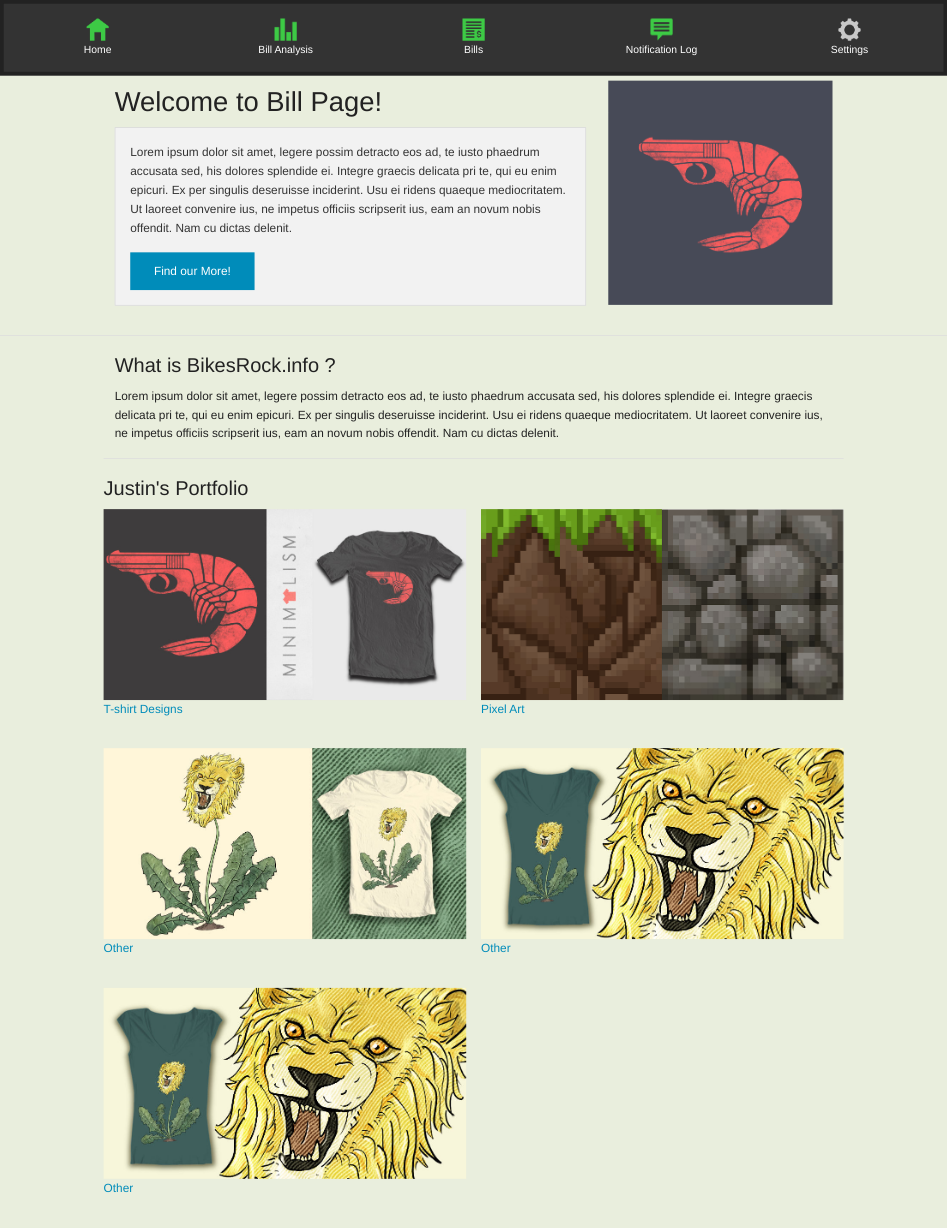
Repository: jcskillings/paidit
Page: billaccounts.html
The author's editor kept a record of every edit. The page is drawn from the files as they stood at one moment, then again after the next edit.
The browser window is 1280 px wide. The pictures show the whole page, at 74% of full size.

Above is the page before.

### billaccounts.html
<!doctype html>
<html class="no-js" lang="en">
  <head>
    <meta charset="utf-8" />
    <meta name="viewport" content="width=device-width, initial-scale=1.0" />
    <title>Kyle Schenk | Bill Analysis</title>
    <link rel="stylesheet" href="css/test.css" />
    <link rel="stylesheet" href="css/foundation.css" />

    <script src="js/vendor/modernizr.js"></script>
  </head>
  <body>


      <div class="icon-bar five-up">
        <a class="item" href="index.html">
          <img src="img/icon/homeIconG.png" height="20" width="20"  >
          <label>Home</label>
        </a>
        <a class="item" href="analysis.html">
          <img src="img/icon/chartsIconG.png" height="20" width="20">
          <label>Bill Analysis</label>
        </a>
        <a class="item" href="billaccounts.html">
          <img src="img/icon/billIconG.png" height="20" width="20">
          <label>Bills</label>
        </a>
        <a class="item" href="notificationslog.html">
          <img src="img/icon/smsIconG.png" height="20" width="20">
          <label>Notification Log</label>
        </a>
        <a class="item" href="usersettings.html">
          <img src="img/icon/gearIconLite.png" height="20" width="20">
          <label>Settings</label>
        </a>
      </div>
      <!-- old bar <section class="top-bar-section">

        <ul class="right">

          <li><a href="#">
            <img src ="img/icon/homeIconD.png">
            </a></li>
          <li><a href="#">Contact</a></li>
          <li><a href="#">Top Bikes</a></li>

        </ul>

      </section> -->


    <div class="row">

      <div class="large-8 columns">
          <h2>Welcome to Bill Page!</h2>
          <div class="panel">
          <p>Lorem ipsum dolor sit amet, legere possim detracto eos ad, te iusto phaedrum accusata sed, his dolores splendide ei. Integre graecis delicata pri te, qui eu enim epicuri. Ex per singulis deseruisse inciderint. Usu ei ridens quaeque mediocritatem. Ut laoreet convenire ius, ne impetus officiis scripserit ius, eam an novum nobis offendit. Nam cu dictas delenit.</p>

          <a class="button" href="#">Find our More!</a>
          </div> <!-- panel -->

      </div>

        <div class="large-4 columns">
          <img src="img/shimpIcon.png" />
        </div>


    </div>

    <hr />

    <div class="row">

      <div class="large-12 columns">
      <h3>What is BikesRock.info ?</h3>
      <p>Lorem ipsum dolor sit amet, legere possim detracto eos ad, te iusto phaedrum accusata sed, his dolores splendide ei. Integre graecis delicata pri te, qui eu enim epicuri. Ex per singulis deseruisse inciderint. Usu ei ridens quaeque mediocritatem. Ut laoreet convenire ius, ne impetus officiis scripserit ius, eam an novum nobis offendit. Nam cu dictas delenit.</p>


    </div>

    <hr />

    <div class="row">

      <div class="large-12 columns">

      <h3>Justin's Portfolio</h3>
        <ul class="large-block-grid-2">

          <li><a href="tshirts.html"><img src="img/shrimpShirt.jpg"  /><p>T-shirt Designs</p></a></li>
          <li><a href="pixelart.html"><img src="img/dirtRock445.jpg" /><p>Pixel Art</p></a></li>
          <li><a href="#"><img src="img/lionShirt.jpg" /><p>Other</p></a> </li>
          <li><a href="#"><img src="img/lionShirt2.jpg" /><p>Other</p></a> </li>
        <li><a href="#"><img src="img/lionShirt2.jpg" /><p>Other</p></a> </li>
        </ul>


      </div>

    </div>

    <script src="js/vendor/jquery.js"></script>
    <script src="js/foundation.min.js"></script>
    <script>
      $(document).foundation();
    </script>
  </body>
</html>

### css/test.css
.top-bar-section ul li > a:hover {
  color: #3dca45 !important;
  border-style: solid;
    border-width: 5px;
    border-color:#3dca45;

  }
body {
  background: #e9eedd  !important;
}


.icon-bar >a:hover {
background: green !important;
   border-style: solid;
    border-width: 5px;
    border-color:green;
}

.top-bar-section li a:not(.button):hover {
    background: green !important;
    border-style: solid;
    border-width: 5px;
    border-color:green;
}

.top-bar-section ul li.active > a {
    background: gray !important;
    border-style: solid;
    border-width: 5px;
    border-color:gray;

}

.top-bar-section ul li.active > a:hover {
    background: yellow !important;
}
.icon-bar {
    margin-bottom: 0px !important;
}
.column.small-centered {
margin-left: auto;
margin-right: auto;
float: none !important; }

.fullWidth {
   width: 100% !important;
   margin-left: auto;
   margin-right: auto;
   max-width: 100% !important;
   margin-top: 0px;
}
#thinBar {
    background: #222222 !important;
    height: 20px !important;
    padding: 0px !important;
    border: none;
}
#logoutLink {
    padding-right: 10px !important;
}

Loaded but not shown: css/foundation.css (library); js/vendor/modernizr.js (library); js/vendor/jquery.js (library); js/foundation.min.js (library)

After the next edit:
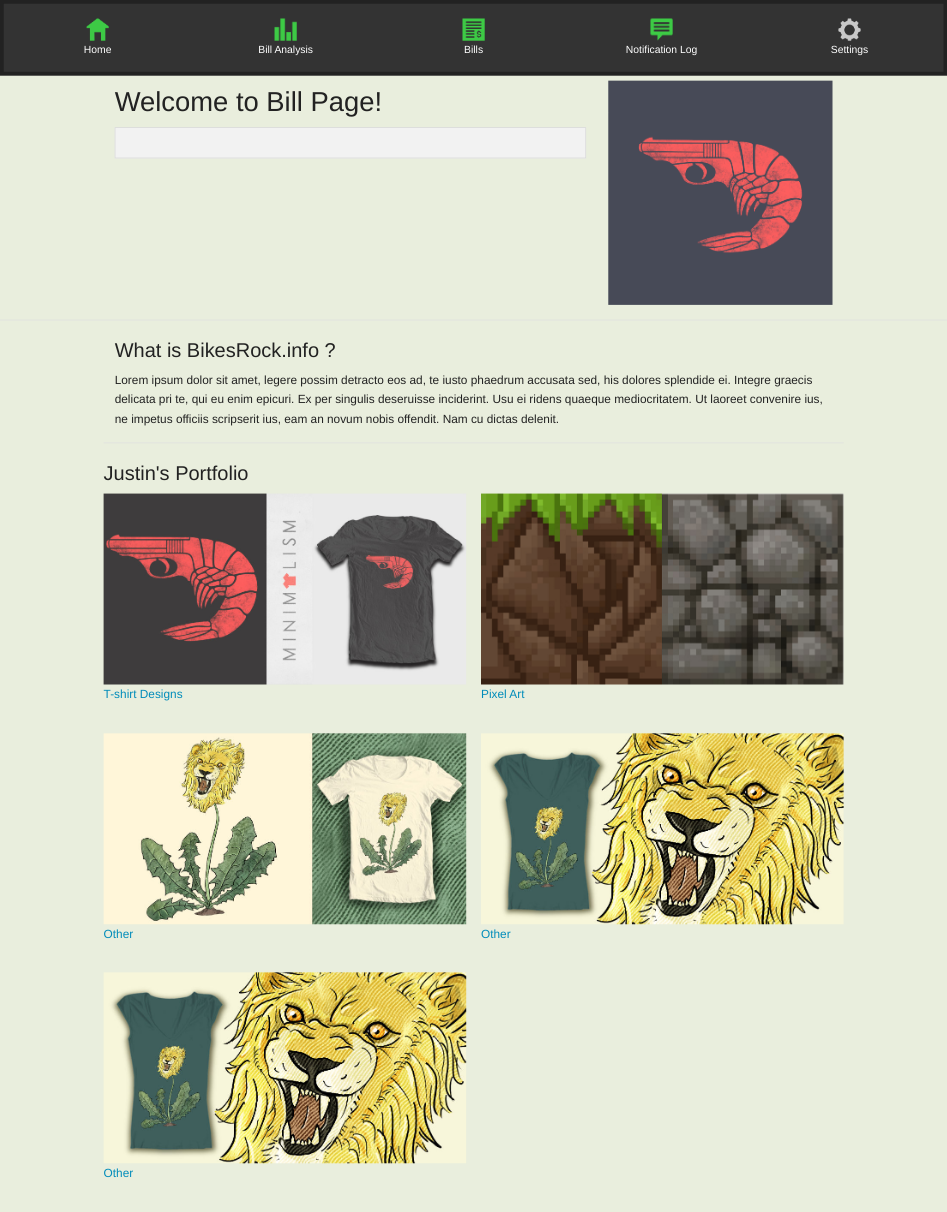
The edit:
--- a/billaccounts.html
+++ b/billaccounts.html
@@ -54,9 +54,7 @@
       <div class="large-8 columns">
           <h2>Welcome to Bill Page!</h2>
           <div class="panel">
-          <p>Lorem ipsum dolor sit amet, legere possim detracto eos ad, te iusto phaedrum accusata sed, his dolores splendide ei. Integre graecis delicata pri te, qui eu enim epicuri. Ex per singulis deseruisse inciderint. Usu ei ridens quaeque mediocritatem. Ut laoreet convenire ius, ne impetus officiis scripserit ius, eam an novum nobis offendit. Nam cu dictas delenit.</p>
 
-          <a class="button" href="#">Find our More!</a>
           </div> <!-- panel -->
 
       </div>
